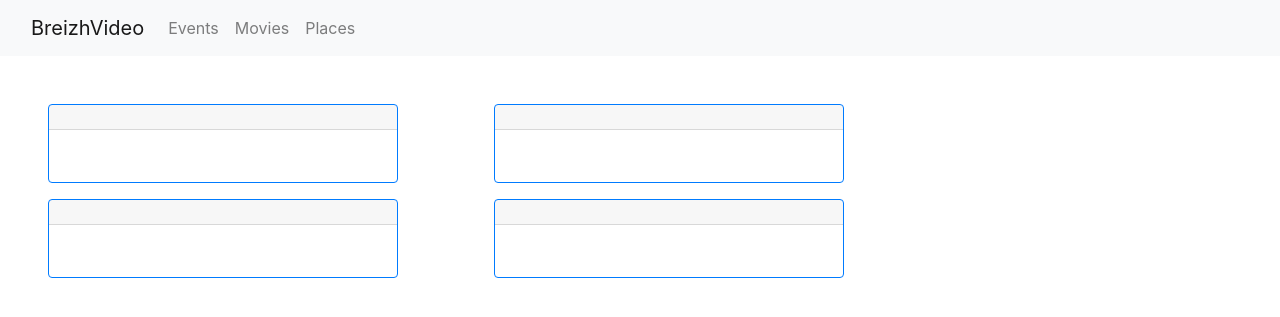
Repository: romgrm/Hackaton_BreizhVideo_FRONT
Page: /Movies
An editor plug-in stored every save of this project. The page is shown before and after the next save, followed by the edit.
The browser window is 1280 px wide. The pictures show the whole page.
The page's requests for data from a server got no answer. Some web libraries are served in a nearby version. The project was rebuilt for these pictures with package versions that can differ from the ones it lists, and the page was loaded fresh each time. No one was signed in, and anything a server would have sent is missing. Also part of the build but not shown: src/Components/Events.js, src/Components/Village.js.

Above is the page before, as saved 2020-12-21 20:20:32.

### public/index.html
<!DOCTYPE html>
<html lang="en">
  <head>
    <meta charset="utf-8" />
    <link rel="icon" href="%PUBLIC_URL%/favicon.ico" />
    <meta name="viewport" content="width=device-width, initial-scale=1" />
    <meta name="theme-color" content="#000000" />
    <meta
      name="description"
      content="Web site created using create-react-app"
    />
    <link rel="apple-touch-icon" href="%PUBLIC_URL%/logo192.png" />

    <link rel="manifest" href="%PUBLIC_URL%/manifest.json" />

    <title>React App</title>
  </head>
  <body>
    <noscript>You need to enable JavaScript to run this app.</noscript>
    <div id="root"></div>
    <script src="https://kit.fontawesome.com/f66925acc9.js" crossorigin="anonymous"></script>
  </body>
</html>

### src/index.js
import React from 'react';
import ReactDOM from 'react-dom';
import App from './App';
import {BrowserRouter} from 'react-router-dom'


ReactDOM.render(
  <BrowserRouter>
    <App />
  </BrowserRouter>,
  document.getElementById('root')
);

### src/App.js
import bootstrap from '../node_modules/bootstrap/dist/css/bootstrap.min.css'
import Header from './Components/Header'
import {Switch, Route} from 'react-router-dom'
import Films from './Components/Films'
import Events from './Components/Events';
import Village from './Components/Village';


function App() {
  return (
    <>
    <Header />
    <Switch>
      <Route path="/Events" component={Events} />
      <Route path="/Movies" component={Films} />
      <Route path="/Places" component={Village} />
      <Route path="/" />
    </Switch>
    </>
  );
}

export default App;

### src/Components/Header.js
import React from 'react'
import {Link} from 'react-router-dom'

export default function Header() {
    return (
        <nav className="navbar navbar-expand-lg navbar-light bg-light">
  <div className="container-fluid">
    <Link className="navbar-brand" to="/">BreizhVideo</Link>
    <button className="navbar-toggler" type="button" data-bs-toggle="collapse" data-bs-target="#navbarNav" aria-controls="navbarNav" aria-expanded="false" aria-label="Toggle navigation">
      <span className="navbar-toggler-icon"></span>
    </button>
    <div className="collapse navbar-collapse" id="navbarNav">
      <ul className="navbar-nav">
        <li className="nav-item">
          <Link className="nav-link" to="/Events">Events</Link>
        </li>
        <li className="nav-item">
          <Link className="nav-link" to="/Movies">Movies</Link>
        </li>
        <li className="nav-item">
          <Link className="nav-link" to="/Places">Places</Link>
        </li>
      </ul>
    </div>
  </div>
</nav>
    )
}

### src/Components/Films.js
import React, { useState, useEffect } from 'react'
import axios from 'axios'

export default function Films() {

    const [film, setFilm] = useState([]);
    const [display, setDisplay] = useState(false)

    useEffect(() => {

        async function fetchData() {

            const url1 = await axios('http://localhost:8080/Film');
            setFilm(url1.data)
            console.log(film)
            // const url2 = await axios('http://localhost:9090/Agence/' + id);
            // setDataAgence(url2.data)
        }

        fetchData();
    }, []);

    // function showFilm(display){
    //     if(display === false){
    //         setDisplay(display = !display)
    //     }
    //     console.log(display)
    // }


    return (
        <div className="container-fluid mx-auto ">
            {/* <button onClick={showFilm()}>test</button> */}
            <div className="row  text-center mt-5">
                <div className=" card border-primary mb-3 mx-5" style={{ width: 350 }}>
                    <div className="card-header">{film.map((current) => (
                        current.title
                    ))}</div>
                    <div className="card-body text-primary">
                        <p className="card-title">{film.map((current, id) => (
                            current.releaseYear
                        ))}</p>
                        <p className="card-text">{film.map((current) => (
                            current.description
                        ))}</p>
                    </div>
                </div>
                <div className="card border-primary mb-3 mx-5" style={{ width: 350 }}>
                    <div className="card-header">{film.map((current) => (
                        current.title
                    ))}</div>
                    <div className="card-body text-primary">
                        <p className="card-title">{film.map((current, index) => (
                            current.releaseYear
                        ))}</p>
                        <p className="card-text">{film.map((current) => (
                            current.description
                        ))}</p>
                    </div>
                </div>
                <div className="card border-primary mb-3 mx-5" style={{ width: 350 }}>
                    <div className="card-header">{film.map((current) => (
                        current.title
                    ))}</div>
                    <div className="card-body text-primary">
                        <p className="card-title">{film.map((current, index) => (
                            current.releaseYear
                        ))}</p>
                        <p className="card-text">{film.map((current) => (
                            current.description
                        ))}</p>
                    </div>
                </div>
                <div className="card border-primary mb-3 mx-5" style={{ width: 350 }}>
                    <div className="card-header">{film.map((current) => (
                        current.title
                    ))}</div>
                    <div className="card-body text-primary">
                        <p className="card-title">{film.map((current, index) => (
                            current.releaseYear
                        ))}</p>
                        <p className="card-text">{film.map((current) => (
                            current.description
                        ))}</p>
                    </div>
                </div>
            </div>
        </div>
    )
}

After the next save:
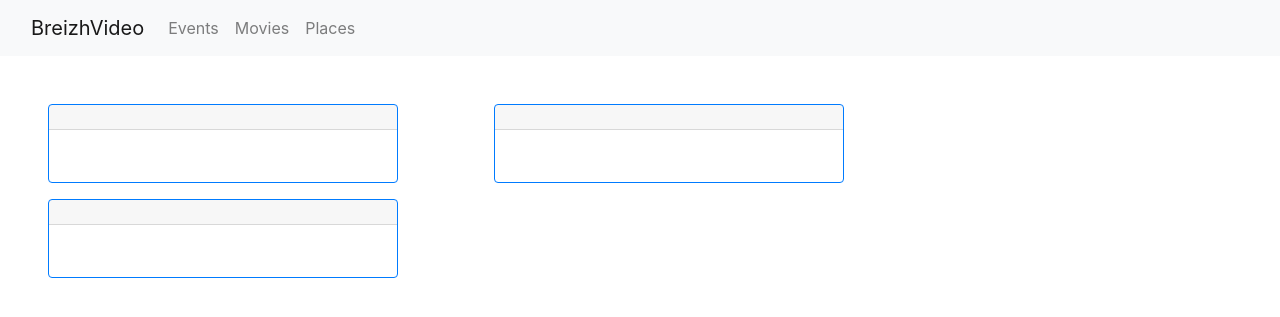
Saved 11 s later.
--- a/src/Components/Films.js
+++ b/src/Components/Films.js
@@ -71,19 +71,7 @@ export default function Films() {
                         ))}</p>
                     </div>
                 </div>
-                <div className="card border-primary mb-3 mx-5" style={{ width: 350 }}>
-                    <div className="card-header">{film.map((current) => (
-                        current.title
-                    ))}</div>
-                    <div className="card-body text-primary">
-                        <p className="card-title">{film.map((current, index) => (
-                            current.releaseYear
-                        ))}</p>
-                        <p className="card-text">{film.map((current) => (
-                            current.description
-                        ))}</p>
-                    </div>
-                </div>
+
             </div>
         </div>
     )
